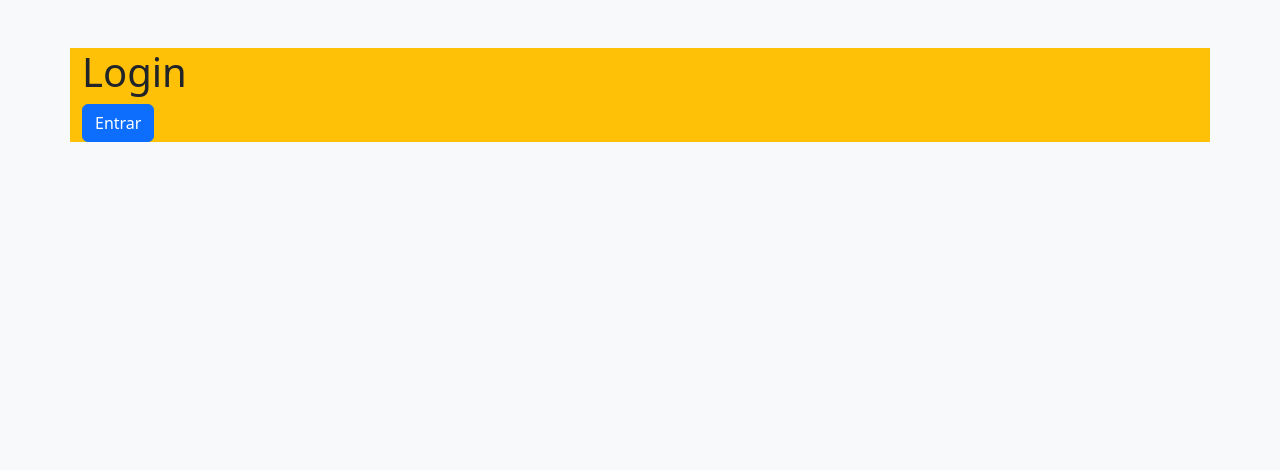
Repository: gabrielwodtke282/PetShop-fofinhos
Page: front-end/index.html
An editor plug-in stored every save of this project. The page is shown before and after the next save, followed by the edit.
The browser window is 1280 px wide. The pictures show the whole page.

Above is the page before, as saved 2026-03-23 09:32:21.

### front-end/index.html
<!DOCTYPE html>
<html lang="pt-BR">
<head>
    <meta charset="UTF-8">
    <meta name="viewport" content="width=device-width, initial-scale=1.0">
    <title>Fofinhos Petshop</title>

    <link href="https://cdn.jsdelivr.net/npm/bootstrap@5.3.8/dist/css/bootstrap.min.css" rel="stylesheet">
</head>
<body class="bg-light">

    <div class="container bg-warning mt-5">
        <h1>Login</h1>
        <button class="btn btn-primary">Entrar</button>
    </div>

</body>
</html>

After the next save:
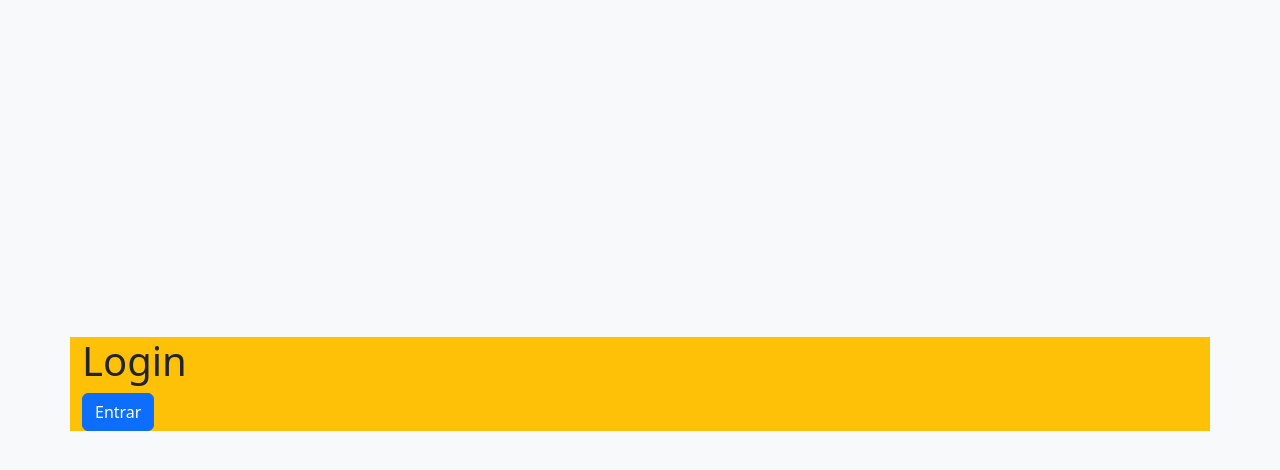
Saved 44 s later.
--- a/front-end/index.html
+++ b/front-end/index.html
@@ -7,7 +7,7 @@
 
     <link href="https://cdn.jsdelivr.net/npm/bootstrap@5.3.8/dist/css/bootstrap.min.css" rel="stylesheet">
 </head>
-<body class="bg-light">
+<body class="d-flex justify-content-center align-items-center vh-100 bg-light">
 
     <div class="container bg-warning mt-5">
         <h1>Login</h1>
